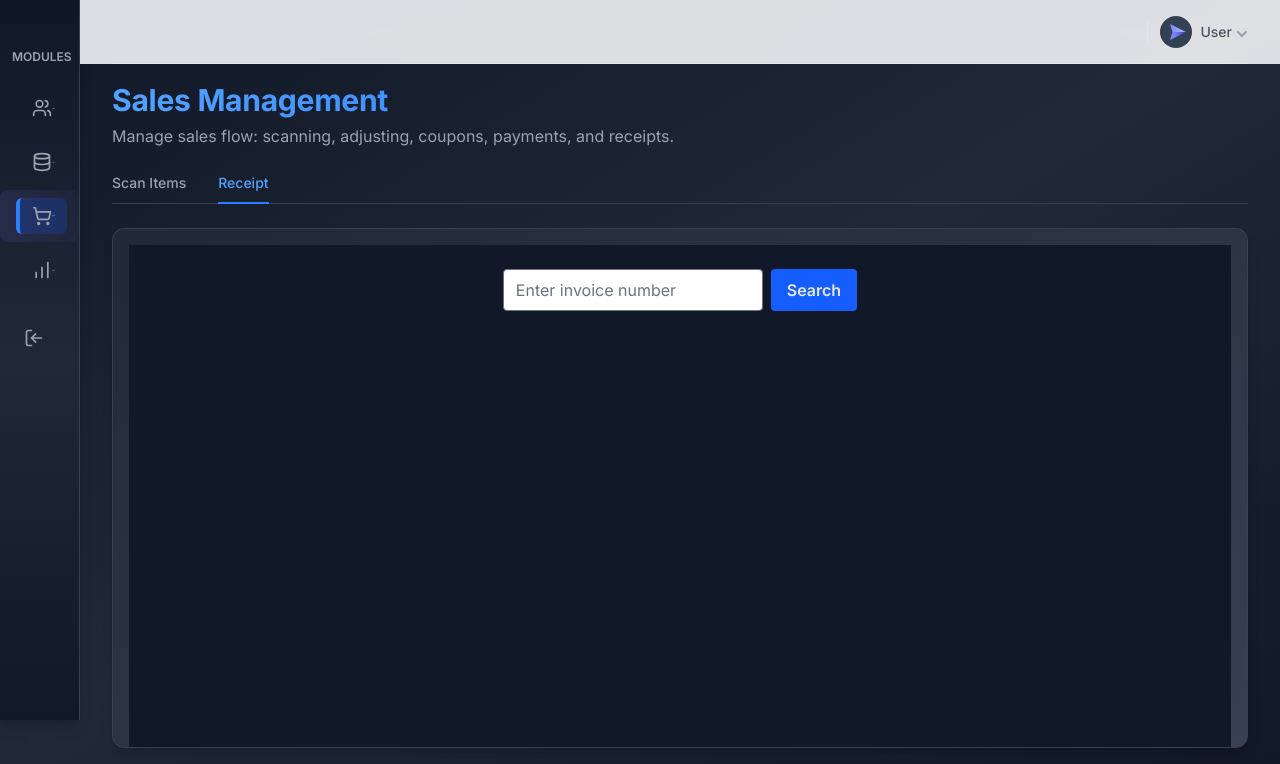
Repository: chykesure/grox-supermarket
Page: /sales/receipt
An editor plug-in stored every save of this project. The page is shown before and after the next save, followed by the edit.
The browser window is 1280 px wide. The pictures show the whole page.
An inner scrolling area shows only its first screen. The project was rebuilt for these pictures with package versions that can differ from the ones it lists, and the page was loaded fresh each time. Some packages were replaced by stand-ins written for this rebuild. Also part of the build but not shown: vite.config.js, src/components/DropdownFilter.jsx, src/lib/utils.ts, src/components/ui/calendar.jsx, src/components/ui/popover.jsx, src/components/Datepicker.jsx, src/pages/pos/Dashboard.jsx, src/pages/Menu.jsx and 62 more.

Above is the page before, as saved 2025-11-18 04:49:22.

### index.html
<!DOCTYPE html>
<html lang="en">
  <head>
    <meta charset="UTF-8" />
    <link rel="icon" type="image/svg+xml" href="/src/favicon.svg" />
    <meta name="viewport" content="width=device-width, initial-scale=1.0" />
    <title>Grox Shopping Store</title>
    <script>
      if (localStorage.theme === 'dark' || !('theme' in localStorage)) {
        document.querySelector('html').classList.add('dark');
        document.querySelector('html').style.colorScheme = 'dark';
      } else {
        document.querySelector('html').classList.remove('dark');
        document.querySelector('html').style.colorScheme = 'light';
      }
    </script>
  </head>
  <body class="font-inter antialiased bg-gray-100 dark:bg-gray-900 text-gray-600 dark:text-gray-400">
    <noscript>You need to enable JavaScript to run this app.</noscript>
    <script>
        if (localStorage.getItem('sidebar-expanded') == 'true') {
            document.querySelector('body').classList.add('sidebar-expanded');
        } else {
            document.querySelector('body').classList.remove('sidebar-expanded');
        }
    </script>
    <div id="root"></div>
    <script type="module" src="/src/main.jsx"></script>
  </body>
</html>

### src/utils/ThemeContext.jsx
import { createContext, useContext, useState, useEffect } from 'react';

const ThemeContext = createContext({
  currentTheme: 'light',
  changeCurrentTheme: () => {},
});

export default function ThemeProvider({children}) {
  const persistedTheme = localStorage.getItem('theme');
  const [theme, setTheme] = useState(persistedTheme || 'light');

  const changeCurrentTheme = (newTheme) => {
    setTheme(newTheme);
    localStorage.setItem('theme', newTheme);
  };

  useEffect(() => {
    document.documentElement.classList.add('**:transition-none!');
    if (theme === 'light') {
      document.documentElement.classList.remove('dark');
      document.documentElement.style.colorScheme = 'light';
    } else {
      document.documentElement.classList.add('dark');
      document.documentElement.style.colorScheme = 'dark';
    }

    const transitionTimeout = setTimeout(() => {
      document.documentElement.classList.remove('**:transition-none!');
    }, 1);

    return () => clearTimeout(transitionTimeout);
  }, [theme]);

  return <ThemeContext.Provider value={{ currentTheme: theme, changeCurrentTheme }}>{children}</ThemeContext.Provider>;
}

export const useThemeProvider = () => useContext(ThemeContext);

### src/charts/ChartjsConfig.jsx
// Import Chart.js
import { Chart, Tooltip } from 'chart.js';
// Import Tailwind config
import { adjustColorOpacity, getCssVariable } from '../utils/Utils';

Chart.register(Tooltip);

// Define Chart.js default settings
Chart.defaults.font.family = '"Inter", sans-serif';
Chart.defaults.font.weight = 500;
Chart.defaults.plugins.tooltip.borderWidth = 1;
Chart.defaults.plugins.tooltip.displayColors = false;
Chart.defaults.plugins.tooltip.mode = 'nearest';
Chart.defaults.plugins.tooltip.intersect = false;
Chart.defaults.plugins.tooltip.position = 'nearest';
Chart.defaults.plugins.tooltip.caretSize = 0;
Chart.defaults.plugins.tooltip.caretPadding = 20;
Chart.defaults.plugins.tooltip.cornerRadius = 8;
Chart.defaults.plugins.tooltip.padding = 8;

// Function that generates a gradient for line charts
export const chartAreaGradient = (ctx, chartArea, colorStops) => {
  if (!ctx || !chartArea || !colorStops || colorStops.length === 0) {
    return 'transparent';
  }
  const gradient = ctx.createLinearGradient(0, chartArea.bottom, 0, chartArea.top);
  colorStops.forEach(({ stop, color }) => {
    gradient.addColorStop(stop, color);
  });
  return gradient;
};

export const chartColors = {
  textColor: {
    light: getCssVariable('--color-gray-400'),
    dark: getCssVariable('--color-gray-500'),
  },
  gridColor: {
    light: getCssVariable('--color-gray-100'),
    dark: adjustColorOpacity(getCssVariable('--color-gray-700'), 0.6),
  },
  backdropColor: {
    light: getCssVariable('--color-white'),
    dark: getCssVariable('--color-gray-800'),
  },
  tooltipTitleColor: {
    light: getCssVariable('--color-gray-800'),
    dark: getCssVariable('--color-gray-100'),
  },
  tooltipBodyColor : {
    light: getCssVariable('--color-gray-500'),
    dark: getCssVariable('--color-gray-400')
  },
  tooltipBgColor: {
    light: getCssVariable('--color-white'),
    dark: getCssVariable('--color-gray-700'),
  },
  tooltipBorderColor: {
    light: getCssVariable('--color-gray-200'),
    dark: getCssVariable('--color-gray-600'),
  },
};

### src/pages/pos/sales/SalesMgt.jsx
import React, { useEffect, useState } from "react";
import { useParams, useNavigate } from "react-router-dom";
import Sidebar from "../../../partials/Sidebar";
import Header from "../../../partials/Header";
import Banner from "../../../partials/Banner";

// Import sales sub-pages
import ScanItems from "./ScanItems";
import AdjustQty from "./AdjustQty";
import Coupons from "./Coupons";
import Payments from "./Payments";
import Receipt from "./Receipt";

function SalesMgt() {
  const { subpage } = useParams();
  const navigate = useNavigate();

  // Get user role
  const userRole = localStorage.getItem("role") || "guest";

  // Sidebar state
  const [sidebarOpen, setSidebarOpen] = useState(false);

  // Redirect if no subpage or if user is cashier
  useEffect(() => {
    if (!subpage || userRole === "cashier") {
      navigate("/sales/scan-items", { replace: true });
    }
  }, [subpage, userRole, navigate]);

  const activeTab = subpage || "scan-items";

  const handleTabChange = (tab) => {
    navigate(`/sales/${tab}`);
  };

  const renderTabContent = () => {
    switch (activeTab) {
      case "scan-items":
        return <ScanItems />;
      case "adjust-qty":
        return <AdjustQty />;
      case "coupons":
        return <Coupons />;
      case "payments":
        return <Payments />;
      case "receipt":
        return <Receipt />;
      default:
        return <ScanItems />;
    }
  };

  return (
    <div className="flex overflow-hidden bg-gradient-to-br from-gray-900 via-gray-800 to-gray-900 text-gray-200">
      {/* Sidebar: pass state and props */}
      {userRole !== "cashier" && (
        <Sidebar sidebarOpen={sidebarOpen} setSidebarOpen={setSidebarOpen} />
      )}

      {/* Main wrapper */}
      <div
        className={`relative flex flex-col flex-1 overflow-y-auto overflow-x-hidden ${
          userRole === "cashier" ? "ml-0" : ""
        }`}
      >
        {/* Header */}
        <Header />

        {/* Main content */}
        <main className="flex-1 overflow-y-auto">
          <div className="px-4 sm:px-6 lg:px-8 py-4 w-full">
            {/* Page Header */}
            <div className="mb-6">
              <h1 className="text-3xl font-bold bg-gradient-to-r from-blue-400 to-blue-600 bg-clip-text text-transparent">
                Sales Management
              </h1>
              <p className="text-gray-400 mt-1">
                Manage sales flow: scanning, adjusting, coupons, payments, and receipts.
              </p>
            </div>

            {/* Tabs */}
            <div className="mb-6 border-b border-gray-700">
              <nav className="flex space-x-8 -mb-px">
                {["scan-items", "receipt"].map((tab) => (
                  <button
                    key={tab}
                    className={`pb-2 text-sm font-medium transition ${
                      activeTab === tab
                        ? "border-b-2 border-blue-500 text-blue-400"
                        : "border-b-2 border-transparent text-gray-400 hover:text-gray-200 hover:border-gray-500"
                    }`}
                    onClick={() => handleTabChange(tab)}
                  >
                    {tab
                      .split("-")
                      .map((w) => w.charAt(0).toUpperCase() + w.slice(1))
                      .join(" ")}
                  </button>
                ))}
              </nav>
            </div>

            {/* Tab Content */}
            <div className="bg-gradient-to-br from-gray-800 to-gray-700 p-4 rounded-xl shadow-lg border border-gray-700 overflow-y-auto max-h-[calc(100vh-200px)]">
              {renderTabContent()}
            </div>
          </div>
        </main>

        {/* Banner / Footer */}
        <Banner />
      </div>
    </div>
  );
}

export default SalesMgt;

### src/css/additional-styles/utility-patterns.css
/* Typography */
.h1 {
    @apply text-4xl font-extrabold tracking-tighter;
}

.h2 {
    @apply text-3xl font-extrabold tracking-tighter;
}

.h3 {
    @apply text-3xl font-extrabold;
}

.h4 {
    @apply text-2xl font-extrabold tracking-tight;
}

@media (width >= theme(--breakpoint-md)) {
    .h1 {
        @apply text-5xl;
    }

    .h2 {
        @apply text-4xl;
    }
}

/* Buttons */
.btn,
.btn-lg,
.btn-sm,
.btn-xs {
    @apply font-medium text-sm inline-flex items-center justify-center border border-transparent rounded-lg leading-5 shadow-xs transition;
}

.btn {
    @apply px-3 py-2;
}

.btn-lg {
    @apply px-4 py-3;
}

.btn-sm {
    @apply px-2 py-1;
}

.btn-xs {
    @apply px-2 py-0.5;
}

/* Forms */
input[type="search"]::-webkit-search-decoration,
input[type="search"]::-webkit-search-cancel-button,
input[type="search"]::-webkit-search-results-button,
input[type="search"]::-webkit-search-results-decoration {
  -webkit-appearance: none;
}

.form-input,
.form-textarea,
.form-multiselect,
.form-select,
.form-checkbox,
.form-radio {
    @apply bg-white dark:bg-gray-900/30 border focus:ring-0 focus:ring-offset-0 dark:disabled:bg-gray-700/30 dark:disabled:border-gray-700 dark:disabled:hover:border-gray-700;
}

.form-checkbox {
    @apply rounded-sm;
}

.form-input,
.form-textarea,
.form-multiselect,
.form-select {
    @apply text-sm text-gray-800 dark:text-gray-100 leading-5 py-2 px-3 border-gray-200 hover:border-gray-300 focus:border-gray-300 dark:border-gray-700/60 dark:hover:border-gray-600 dark:focus:border-gray-600 shadow-xs rounded-lg;
}

.form-input,
.form-textarea {
    @apply placeholder-gray-400 dark:placeholder-gray-500;
}

.form-select {
    @apply pr-10;
}

.form-checkbox,
.form-radio {
    @apply text-violet-500 checked:bg-violet-500 checked:border-transparent border border-gray-300 dark:border-gray-700/60 dark:checked:border-transparent focus-visible:ring-2 focus-visible:ring-violet-500/50;
}

/* Switch element */
.form-switch {
    @apply relative select-none;
    width: 44px;
}

.form-switch label {
    @apply block overflow-hidden cursor-pointer h-6 rounded-full;
}

.form-switch label > span:first-child {
    @apply absolute block rounded-full;
    width: 20px;
    height: 20px;
    top: 2px;
    left: 2px;
    right: 50%;
    transition: all .15s ease-out;
}

.form-switch input[type="checkbox"] + label {
  @apply bg-gray-400 dark:bg-gray-700;
}

.form-switch input[type="checkbox"]:checked + label {
  @apply bg-violet-500;
}

.form-switch input[type="checkbox"]:checked + label > span:first-child {
    left: 22px;
}

.form-switch input[type="checkbox"]:disabled + label {
    @apply cursor-not-allowed bg-gray-100 dark:bg-gray-700/20 border border-gray-200 dark:border-gray-700/60;
}

.form-switch input[type="checkbox"]:disabled + label > span:first-child {
    @apply bg-gray-400 dark:bg-gray-600;
}

/* Chrome, Safari and Opera */
.no-scrollbar::-webkit-scrollbar {
  display: none;
}

.no-scrollbar {
  -ms-overflow-style: none;  /* IE and Edge */
  scrollbar-width: none;  /* Firefox */
}

### src/partials/Header.jsx
import React, { useState } from 'react';
import UserMenu from '../components/DropdownProfile';
function Header({
  sidebarOpen,
  setSidebarOpen,
  variant = 'default',
}) {

  const [searchModalOpen, setSearchModalOpen] = useState(false)

  return (
    <header className={`sticky top-0 before:absolute before:inset-0 before:backdrop-blur-md max-lg:before:bg-white/90 dark:max-lg:before:bg-gray-800/90 before:-z-10 z-30 ${variant === 'v2' || variant === 'v3' ? 'before:bg-white after:absolute after:h-px after:inset-x-0 after:top-full after:bg-gray-200 dark:after:bg-gray-700/60 after:-z-10' : 'max-lg:shadow-xs lg:before:bg-gray-100/90 dark:lg:before:bg-gray-900/90'} ${variant === 'v2' ? 'dark:before:bg-gray-800' : ''} ${variant === 'v3' ? 'dark:before:bg-gray-900' : ''}`}>
      <div className="px-4 sm:px-6 lg:px-8">
        <div className={`flex items-center justify-between h-16 ${variant === 'v2' || variant === 'v3' ? '' : 'lg:border-b border-gray-200 dark:border-gray-700/60'}`}>

          {/* Header: Left side */}
          <div className="flex">

            {/* Hamburger button */}
            <button
              className="text-gray-500 hover:text-gray-600 dark:hover:text-gray-400 lg:hidden"
              aria-controls="sidebar"
              aria-expanded={sidebarOpen}
              onClick={(e) => { e.stopPropagation(); setSidebarOpen(!sidebarOpen); }}
            >
              <span className="sr-only">Open sidebar</span>
              <svg className="w-6 h-6 fill-current" viewBox="0 0 24 24" xmlns="http://www.w3.org/2000/svg">
                <rect x="4" y="5" width="16" height="2" />
                <rect x="4" y="11" width="16" height="2" />
                <rect x="4" y="17" width="16" height="2" />
              </svg>
            </button>

          </div>

          {/* Header: Right side */}
          <div className="flex items-center space-x-3">
            {/*  Divider */}
            <hr className="w-px h-6 bg-gray-200 dark:bg-gray-700/60 border-none" />
            <UserMenu align="right" />
          </div>

        </div>
      </div>
    </header>
  );
}

export default Header;

### src/partials/Banner.jsx
import React, { useState } from 'react';

function Banner() {

  const [bannerOpen, setBannerOpen] = useState(true);
  const query = new URLSearchParams(location.search);
  const template = query.get('template');
  const liteLink =
    template === 'laravel'
      ? 'https://github.com/cruip/laravel-tailwindcss-admin-dashboard-template'
      : 'https://github.com/cruip/tailwind-dashboard-template';

  return (
    <>
    { bannerOpen && (
      <div className="fixed bottom-0 right-0 w-full md:bottom-8 md:right-12 md:w-auto z-50">

      </div>
    )}
    </>
  );
}

export default Banner;

### src/partials/SidebarLinkGroup.jsx
import React, { useState } from 'react';

function SidebarLinkGroup({
  children,
  activecondition,
}) {

  const [open, setOpen] = useState(activecondition);

  const handleClick = () => {
    setOpen(!open);
  }

  return (
    <li className={`pl-4 pr-3 py-2 rounded-lg mb-0.5 last:mb-0 bg-linear-to-r ${activecondition && 'from-violet-500/[0.12] dark:from-violet-500/[0.24] to-violet-500/[0.04]'}`}>
      {children(handleClick, open)}
    </li>
  );
}

export default SidebarLinkGroup;

Loaded but not shown: src/main.jsx (common file); src/utils/Utils.js (63 lines, source omitted); src/partials/Sidebar.jsx (288 lines, source omitted); src/pages/pos/sales/Receipt.jsx (181 lines, source omitted); src/App.jsx (125 lines, source omitted); src/components/DropdownProfile.jsx (144 lines, source omitted); src/css/style.css (138 lines, source omitted); src/utils/Transition.jsx (116 lines, source omitted)

After the next save:
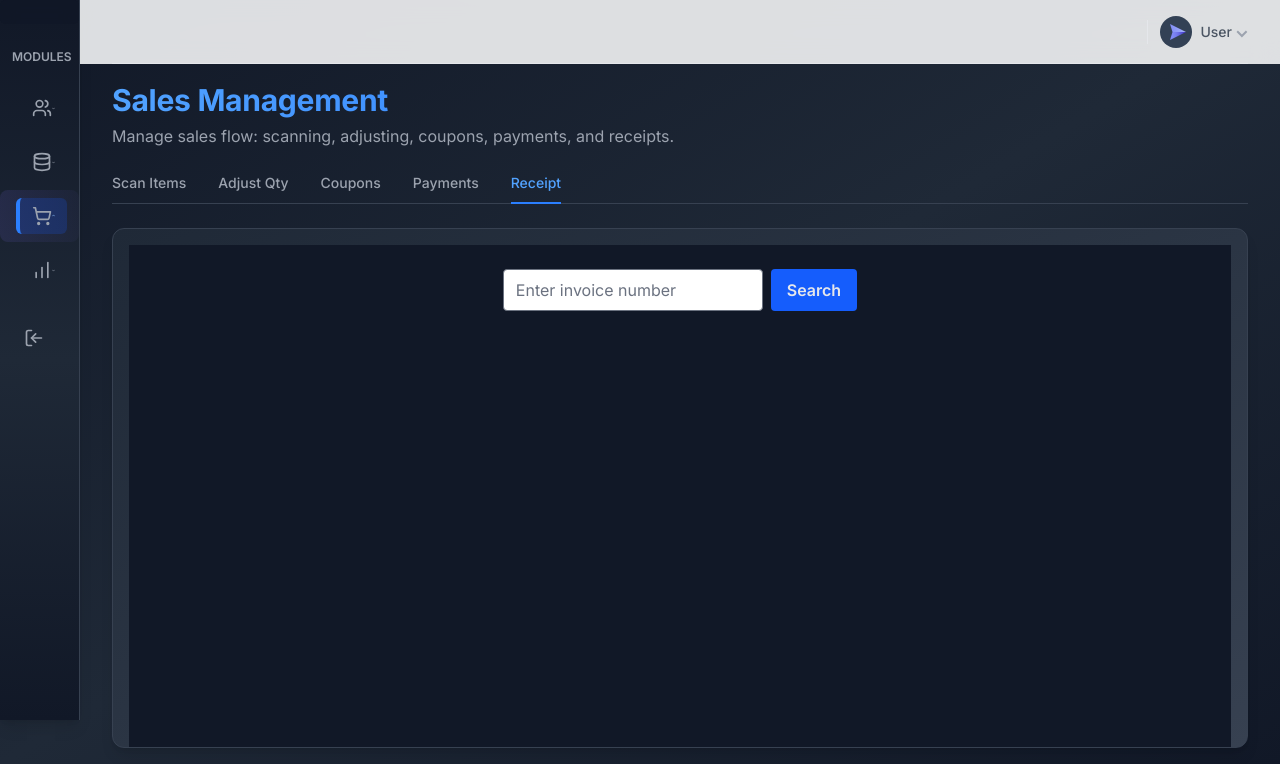
Saved 6 min 1 s later.
--- a/src/pages/pos/sales/SalesMgt.jsx
+++ b/src/pages/pos/sales/SalesMgt.jsx
@@ -1,3 +1,4 @@
+// src/pages/pos/sales/SalesMgt.jsx
 import React, { useEffect, useState } from "react";
 import { useParams, useNavigate } from "react-router-dom";
 import Sidebar from "../../../partials/Sidebar";
@@ -15,18 +16,19 @@
   const { subpage } = useParams();
   const navigate = useNavigate();
 
-  // Get user role
+  // Read user role from localStorage
   const userRole = localStorage.getItem("role") || "guest";
+  const isCashier = userRole.toLowerCase() === "cashier";
 
-  // Sidebar state
+  // Sidebar open state
   const [sidebarOpen, setSidebarOpen] = useState(false);
 
-  // Redirect if no subpage or if user is cashier
+  // Redirect to /sales/scan-items if no subpage
   useEffect(() => {
-    if (!subpage || userRole === "cashier") {
+    if (!subpage) {
       navigate("/sales/scan-items", { replace: true });
     }
-  }, [subpage, userRole, navigate]);
+  }, [subpage, navigate]);
 
   const activeTab = subpage || "scan-items";
 
@@ -53,15 +55,19 @@
 
   return (
     <div className="flex overflow-hidden bg-gradient-to-br from-gray-900 via-gray-800 to-gray-900 text-gray-200">
-      {/* Sidebar: pass state and props */}
-      {userRole !== "cashier" && (
-        <Sidebar sidebarOpen={sidebarOpen} setSidebarOpen={setSidebarOpen} />
+      {/* Sidebar: hide for cashier */}
+      {!isCashier && (
+        <Sidebar
+          sidebarOpen={sidebarOpen}
+          setSidebarOpen={setSidebarOpen}
+          userRole={userRole}
+        />
       )}
 
       {/* Main wrapper */}
       <div
         className={`relative flex flex-col flex-1 overflow-y-auto overflow-x-hidden ${
-          userRole === "cashier" ? "ml-0" : ""
+          isCashier ? "ml-0" : ""
         }`}
       >
         {/* Header */}
@@ -83,22 +89,24 @@
             {/* Tabs */}
             <div className="mb-6 border-b border-gray-700">
               <nav className="flex space-x-8 -mb-px">
-                {["scan-items", "receipt"].map((tab) => (
-                  <button
-                    key={tab}
-                    className={`pb-2 text-sm font-medium transition ${
-                      activeTab === tab
-                        ? "border-b-2 border-blue-500 text-blue-400"
-                        : "border-b-2 border-transparent text-gray-400 hover:text-gray-200 hover:border-gray-500"
-                    }`}
-                    onClick={() => handleTabChange(tab)}
-                  >
-                    {tab
-                      .split("-")
-                      .map((w) => w.charAt(0).toUpperCase() + w.slice(1))
-                      .join(" ")}
-                  </button>
-                ))}
+                {["scan-items", "adjust-qty", "coupons", "payments", "receipt"].map(
+                  (tab) => (
+                    <button
+                      key={tab}
+                      className={`pb-2 text-sm font-medium transition ${
+                        activeTab === tab
+                          ? "border-b-2 border-blue-500 text-blue-400"
+                          : "border-b-2 border-transparent text-gray-400 hover:text-gray-200 hover:border-gray-500"
+                      }`}
+                      onClick={() => handleTabChange(tab)}
+                    >
+                      {tab
+                        .split("-")
+                        .map((w) => w.charAt(0).toUpperCase() + w.slice(1))
+                        .join(" ")}
+                    </button>
+                  )
+                )}
               </nav>
             </div>
 

After the 2 saves that followed:
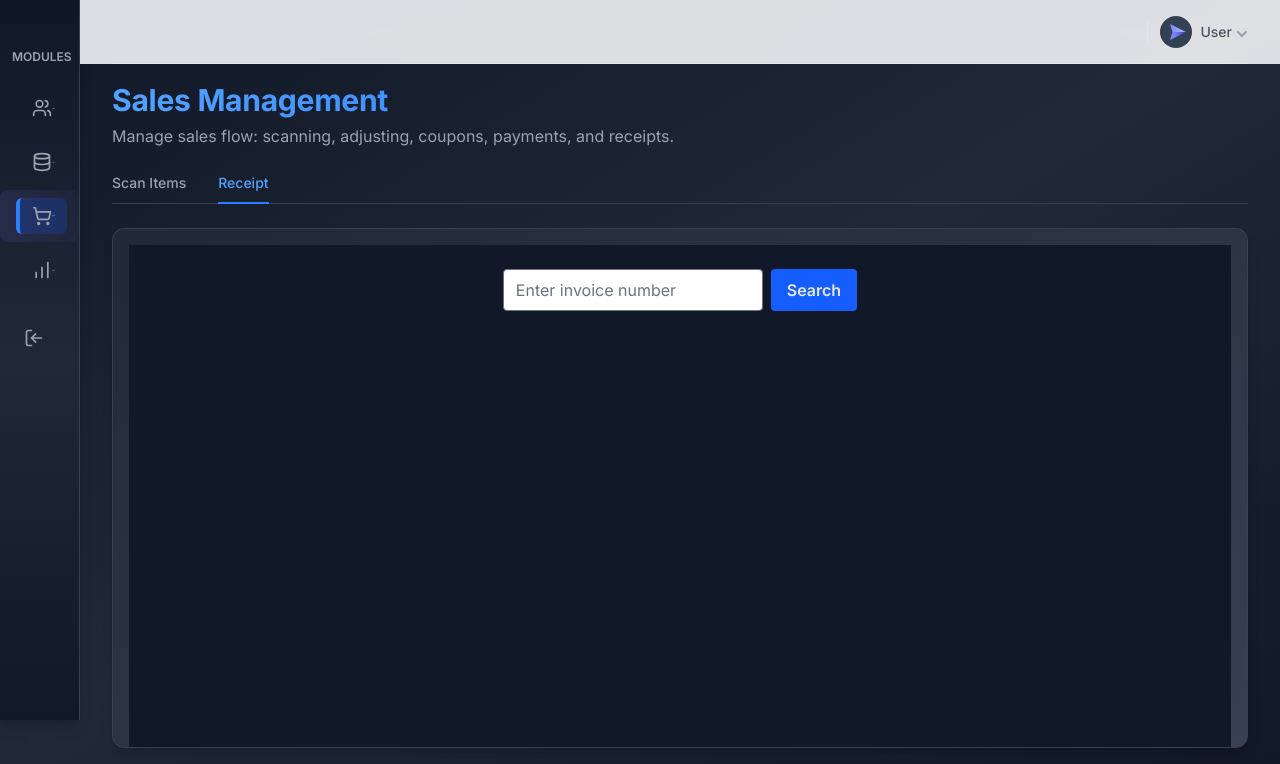
The 2 saves are shown as one change because 1 left the picture as it was.
The last was saved 2 min 29 s later.
--- a/src/pages/pos/sales/SalesMgt.jsx
+++ b/src/pages/pos/sales/SalesMgt.jsx
@@ -40,12 +40,6 @@
     switch (activeTab) {
       case "scan-items":
         return <ScanItems />;
-      case "adjust-qty":
-        return <AdjustQty />;
-      case "coupons":
-        return <Coupons />;
-      case "payments":
-        return <Payments />;
       case "receipt":
         return <Receipt />;
       default:
@@ -89,7 +83,7 @@
             {/* Tabs */}
             <div className="mb-6 border-b border-gray-700">
               <nav className="flex space-x-8 -mb-px">
-                {["scan-items", "adjust-qty", "coupons", "payments", "receipt"].map(
+                {["scan-items", "receipt"].map(
                   (tab) => (
                     <button
                       key={tab}
